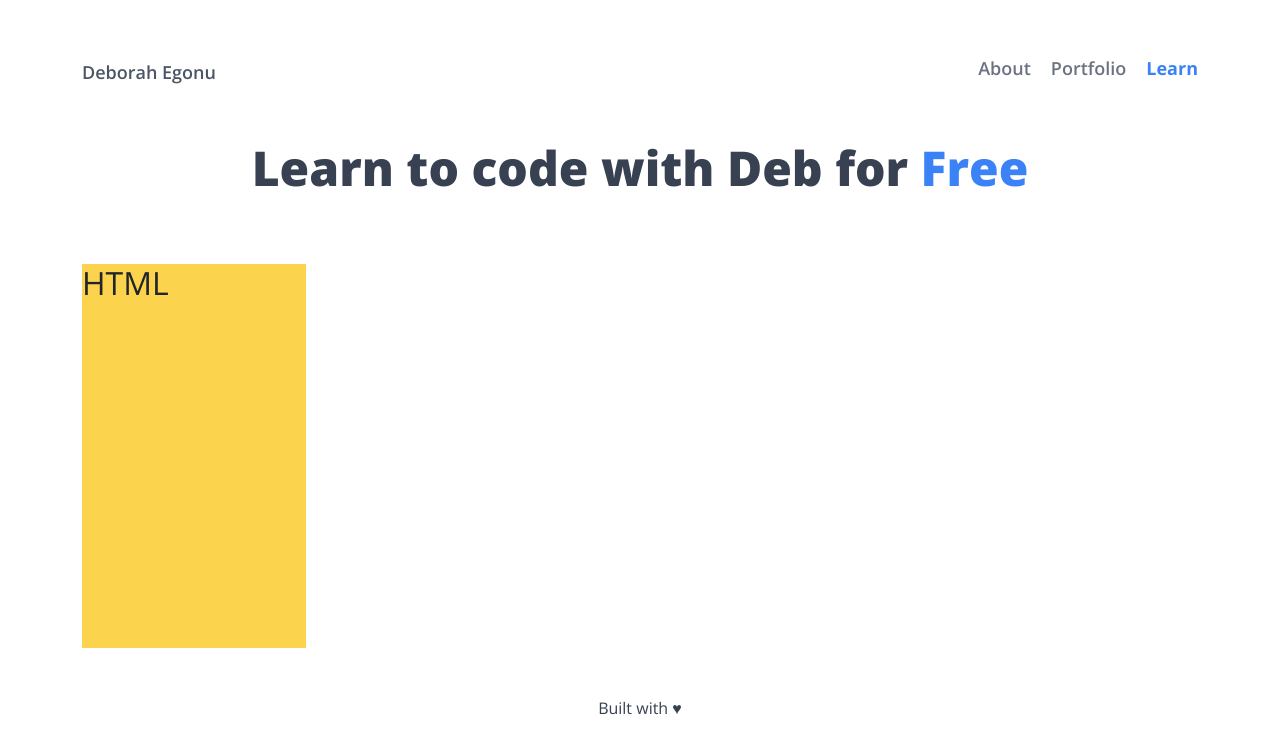
Repository: latenightsnacc/codewithdeb
Page: learn.html
These files come from the project's save history. The page is drawn as it stood at one moment and after the next save; the edit follows.
The browser window is 1280 px wide. The pictures show the whole page.
The style sheet was rebuilt from its Sass, Less or Tailwind sources for each picture, by a compiler version that may differ from the author's.

Above is the page before, as saved 2021-06-07 12:41:07.

After the next save:
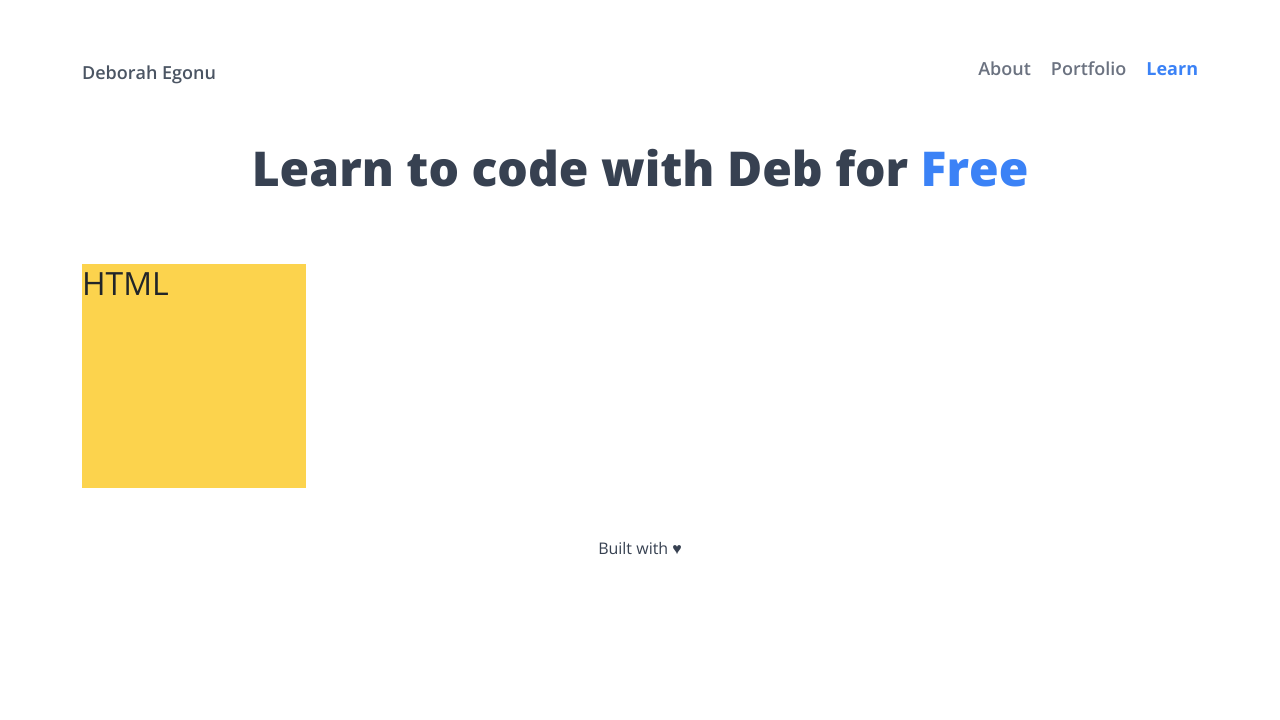
Saved 8 s later.
--- a/learn.html
+++ b/learn.html
@@ -51,7 +51,7 @@
     <div class="container">
         <div class="overflow-x-scroll">
             <div class="grid grid-rows-1 grid-cols-7 gap-x-2">
-                <div class="bg-yellow-300 w-56 h-96">
+                <div class="bg-yellow-300 w-56 h-56">
                     <h2>HTML</h2>
                 </div>
             </div>
